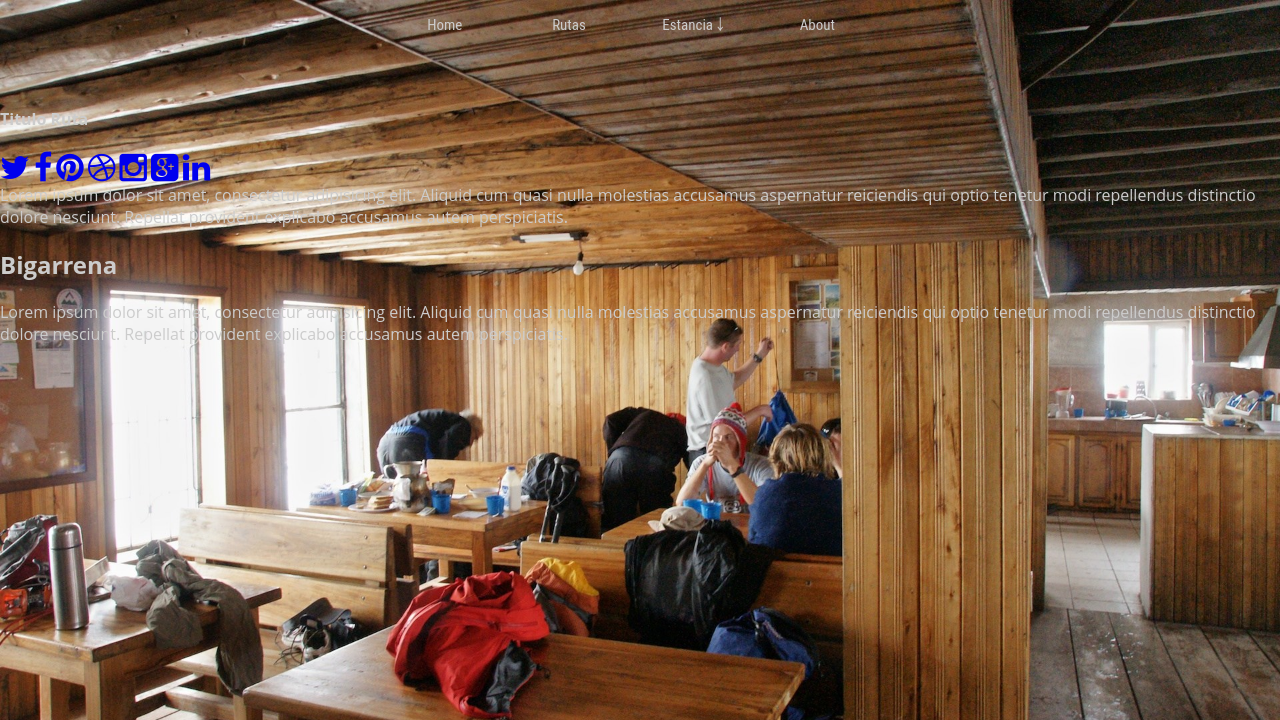
Repository: Croqueta-OPS/proyecto-pyrenees
Page: alojamiento2.html
The author's editor kept a record of every edit. The page is drawn from the files as they stood at one moment, then again after the next edit.
The browser window is 1280 px wide. The pictures show the whole page.

Above is the page before.

After the next edit:
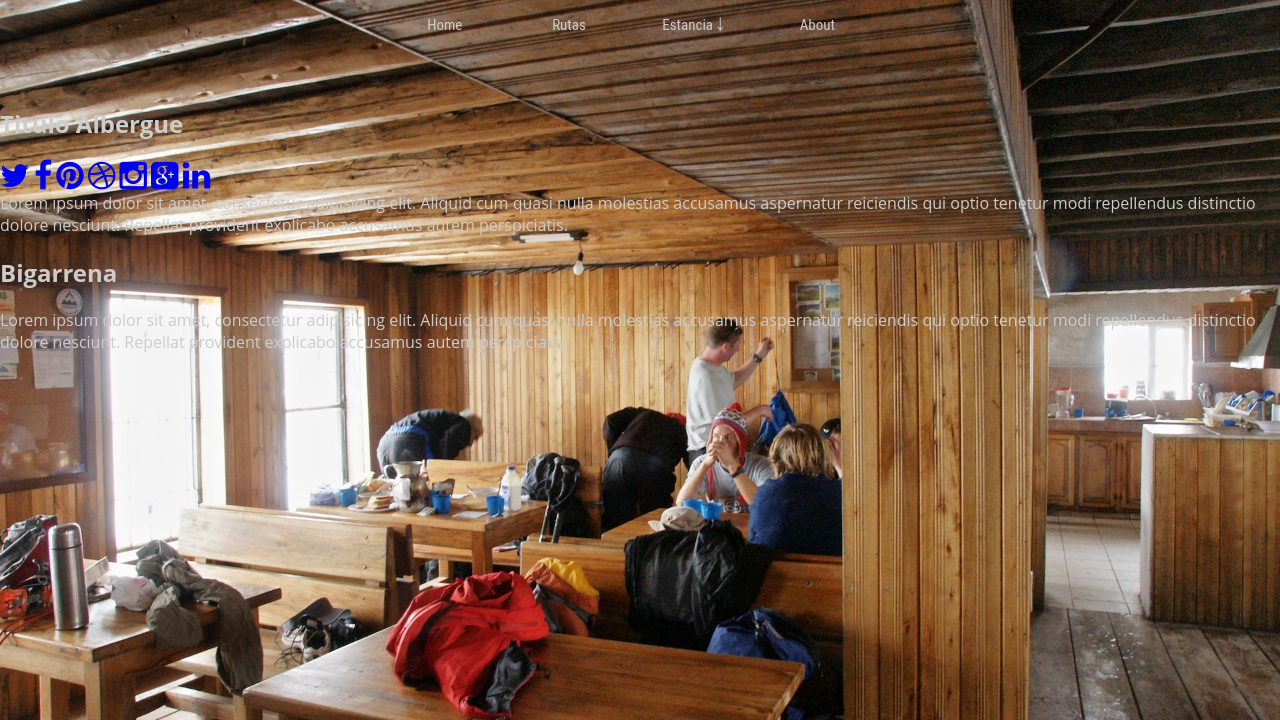
The edit:
--- a/alojamiento2.html
+++ b/alojamiento2.html
@@ -35,7 +35,7 @@
             <div class="contenedor clearfix">
                 <div class="izquierda">
                 <section class="titulo_slider">
-                    <h4>Titulo Ruta</h4>
+                    <h1>Titulo Albergue</h1>
                     <div id="social-icons">
 					    <a href="home.html" target="_blank" alt="Twitter"><i class="fa fa-twitter fa-2x"></i></a>
 					    <a href="home.html" target="_blank" alt="Facebook"><i class="fa fa-facebook fa-2x"></i></a>
